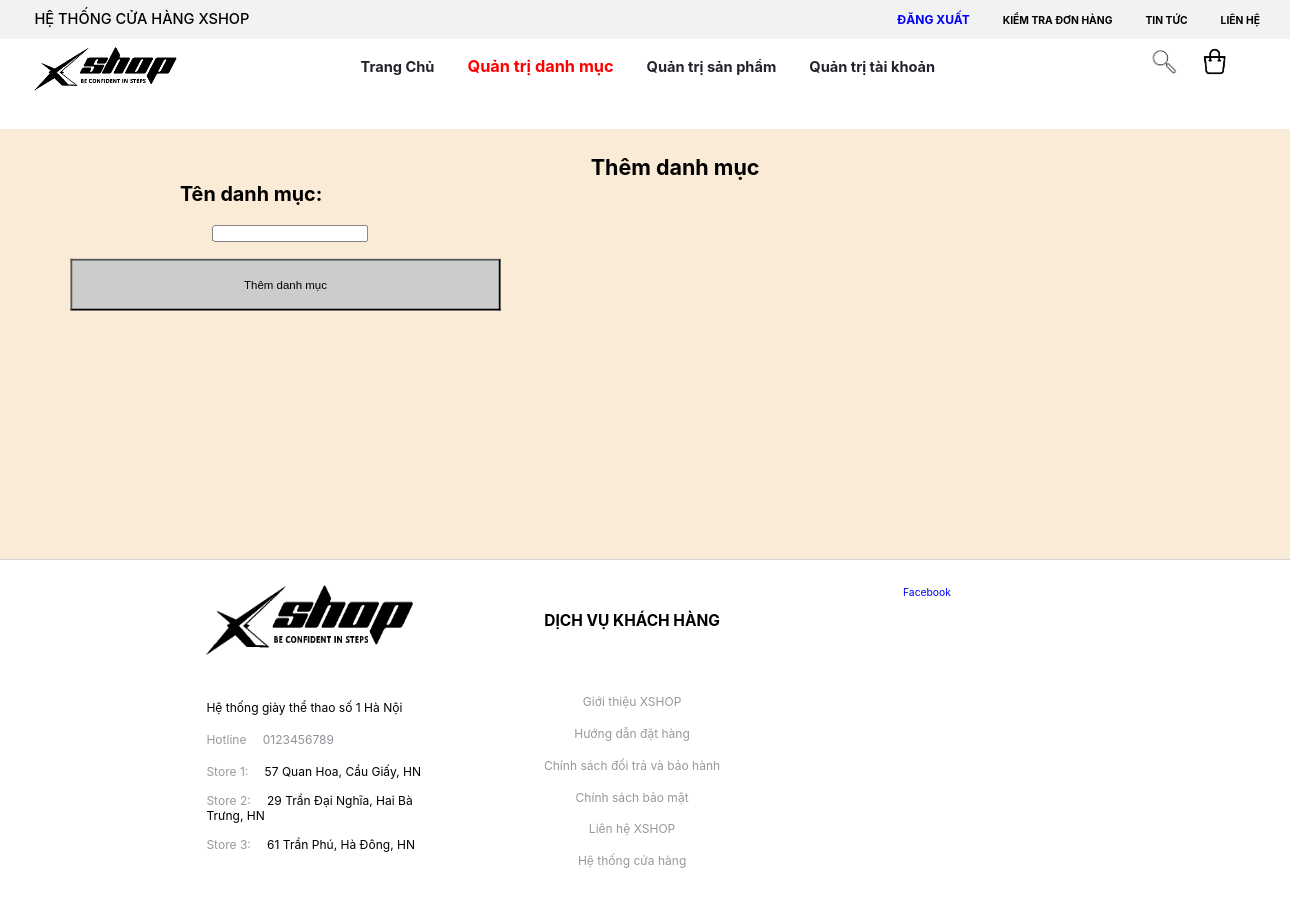
Repository: tienaq123/dam
Page: http://localhost/ass/ad/themdanhmuc.php
These files come from the project's save history. The page is drawn as it stood at one moment and after the next save; the edit follows.
The browser window is 1280 px wide. The page is 1500 px wide, so the pictures cover 1500 px, including what lies to the right of the window. The pictures show the whole page, at 86% of full size.
The page is run by PHP 8.4 with error messages shown; the project is at /var/www/html/.

Above is the page before, as saved 2021-10-14 06:05:46.

### ad/themdanhmuc.php
<!DOCTYPE html>
<html lang="en">

<head>
    <meta charset="UTF-8">
    <meta http-equiv="X-UA-Compatible" content="IE=edge">
    <meta name="viewport" content="width=device-width, initial-scale=1.0">
    <title>Document</title>
    <link rel="stylesheet" href="../css/themdm.css">
</head>

<body>


    <div id="wapper">

        <div id="topbar">
            <a href="#">
                <h2> HỆ THỐNG CỬA HÀNG XSHOP</h2>
            </a>
            <ul>
            <li><a class="active" style="color:blue; font-size: 14px;" href="../logout.php">ĐĂNG XUẤT</a></li>
                <li><a href="product.php">KIỂM TRA ĐƠN HÀNG</a></li>
                <li><a href="product.php">TIN TỨC</a></li>
                <li><a href="product.php">LIÊN HỆ</a></li>
            </ul>
        </div>
        <header id="header">
            <div id="logo">
                <a href="http://localhost/ass/"> <img src="../img/logo.png" alt="Logo"></a>
            </div>
            <div class="menu">
                <ul>
                    <li><a href="../home.php">Trang Chủ</a></li>
                    <li><a href="quantridanhmuc.php" style="color: red; font-size: 19px;">Quản trị danh mục</a></li>
                    <li><a href="quantrisanpham.php">Quản trị sản phẩm</a></li>
                    <li><a href="quantritaikhoan.php">Quản trị tài khoản</a></li>
                    <div id="nav">
                        <a href="product.php"> <img src="../img/search.png" alt=""></a>
                        <a href="product.php"><img src="../img/giohang.png" alt=""></a>
                    </div>
                </ul>

            </div>

        </header>

        <!-- END HEADER -->

        <main>
            <h2 style="font-size: 25px; padding-top: 30px; margin-left: 70px;">Thêm danh mục</h2>
            <form action="" method="POST">
                <table>
                    <tr>
                        <td>
                            <Span style="font-size: 23px; font-weight:bold;">Tên danh mục: </Span>
                        </td>
                    </tr>
                    <tr>
                        <td>
                        <input style="margin: 20px 0px 20px 90px; " type="text" name="tendanhmuc"> <br>
                <input style="background-color: #ccc; width: 500px; height: 60px; margin:0px 0px 20px 80px;" type="submit" value="Thêm danh mục" name="btn">
                        </td>
                    </tr>
                </table>
                 <!-- <input style="margin: 20px 0px 20px 10px; " type="text" name="tendanhmuc"> <br>
                <input style="background-color: #ccc; width: 160px; height: 30px; margin:0px 0px 20px 90px;" type="submit" value="Thêm danh mục" name="btn"> -->
            </form>
            <?php
            include '../db.php';
            if (isset($_POST['btn'])) {
                $tendanhmuc = $_POST['tendanhmuc'];
                $sql = "insert into danhmuc values(null, '$tendanhmuc')";
                $kq = $conn->exec($sql);
                if ($kq == 1)
                    // echo "Thêm thành công danh mục!";
                    header("location:quantridanhmuc.php");
                else
                    echo "Không thêm được";
            }
            ?>
        </main>

        <!-- END MAIN -->

        <footer id="footer">
            <div id="logo_footer">
                <a href="#"><img src="../img/logo.png" alt=""></a>
                <p>Hệ thống giày thể thao số 1 Hà Nội</p>
                <p class="hotline"><span>Hotline</span> <a href="#">0123456789</a></p>
                <p><span>Store 1:</span> 57 Quan Hoa, Cầu Giấy, HN <br> <br> <span>Store 2:</span> 29 Trần Đại Nghĩa,
                    Hai Bà Trưng, HN <br> <br><span>Store 3:</span> 61
                    Trần Phú, Hà Đông, HN <br> <br> </p>
            </div>
            <div id="dichvu">
                <h2>DỊCH VỤ KHÁCH HÀNG</h2>
                <p><a href="#">Giới thiệu XSHOP</a> <br> </p>
                <p><a href="#">Hướng dẫn đặt hàng</a> <br> </p>
                <p><a href="#">Chính sách đổi trả và bảo hành</a> <br> </p>
                <p><a href="#">Chính sách bảo mật</a> <br> </p>
                <p><a href="#">Liên hệ XSHOP</a> <br> </p>
                <p><a href="#">Hệ thống cửa hàng</a></p>
            </div>

            <div id="facebook">
                <div id="fb-root"></div>
                <script async defer crossorigin="anonymous" src="https://connect.facebook.net/vi_VN/sdk.js#xfbml=1&version=v10.0&appId=256623368880552&autoLogAppEvents=1" nonce="aj8H3wq8"></script>
                <div class="fb-page" data-href="https://www.facebook.com/facebook" data-tabs="timeline" data-width="250" data-height="300" data-small-header="false" data-adapt-container-width="true" data-hide-cover="false" data-show-facepile="true">
                    <blockquote cite="https://www.facebook.com/facebook" class="fb-xfbml-parse-ignore"><a href="https://www.facebook.com/facebook">Facebook</a></blockquote>
                </div>
            </div>
        </footer>
    </div>
</body>

</html>

### db.php
<?php
    try {
        $conn=new PDO("mysql:host=localhost; dbname=dam;charset=utf8", "root", "");
    } catch (PDOException $e) {
        echo "Lỗi kết nối";
    }

### css/themdm.css
* {
    margin: 0;
    padding: 0;
}

body {
    font-family: -apple-system, BlinkMacSystemFont, 'Segoe UI', Roboto, Oxygen, Ubuntu, Cantarell, 'Open Sans', 'Helvetica Neue', sans-serif;
    font-size: 12px;
}

a {
    text-decoration: none;
    color: blue;
    list-style: none;
}

/* a:hover{
color: white;
} */

img {
    border: 0px;
}

header,
nav,
section,
aside,
article,
footer,
figure {
    display: block;
}

/* code page */

#wapper {
    width: 1500px;
    margin: auto;
    ;
    overflow: hidden;
}

#topbar {
    width: 1500px;
    height: 45px;
    background-color: #f1f2f4;
    float: left;
}

#topbar h2 {
    font-size: 17px;
    font-weight: 500;
    line-height: 45px;
    margin-left: 40px;
    color: #000;
    float: left;
}

#topbar ul {
    float: right;
}

#topbar ul li {
    display: inline-block;
    line-height: 45px;
    margin-right: 35px;
}

#topbar ul li a {
    color: #000;
    font-weight: bolder;
}

#topbar ul li a:hover {
    color: #775454;
}

#topbar ul li .active {
    color: cornflowerblue;
    font-size: 14px;
}

#header {
    width: 100%;
    height: 100px;
    background-color: #ffffff;
    padding: 10px 0 40px 0;
}

#header #logo img {
    float: left;
    width: 165px;
    height: 50px;
    color: #000;
    margin: 10px 0 0 40px;
}

#header .menu ul {
    text-align: center;
    margin-right: 50px;
    line-height: 66px;
}

#header .menu ul li {
    display: inline-block;
    margin-right: 35px;
}

#header .menu ul li a {
    font-size: 17px;
    font-weight: bold;
    color: #23232c;
}

#header .menu ul li a:hover {
    color: red;
}

#nav {
    float: right;
    line-height: 80px;
}

#nav img {
    width: 35px;
    height: 35px;
    margin-right: 20px;
}

main {
    text-align: center;
    min-height: 500px;
    background: antiquewhite;
}



#footer {
    width: 1500px;
    border-top: 1px solid #ccc;
    display: grid;
    grid-template-columns: 1fr 1fr 1fr;
}

#footer #logo_footer {
    float: left;
}

#footer #logo_footer img {
    width: 240px;
    height: 80px;
    margin: 30px 0 30px 240px;
}

#footer #logo_footer a {
    color: #909097;
}

#footer #logo_footer span {
    color: #999999;
    margin-right: 15px;
}

#footer #logo_footer p {
    font-size: 14px;
    margin: 20px 0 20px 240px;
}

#footer #dichvu {
    text-align: center;
    margin: 60px 30px 40px 0;
}

#footer #dichvu h2 {
    margin-bottom: 75px;
}

#footer #dichvu p {
    margin-bottom: 20px;
}

#footer #dichvu p a {
    font-size: 14px;
    color: #999999;
}

#footer #facebook {
    margin: 30px 0 0 50px;
}

After the next save:
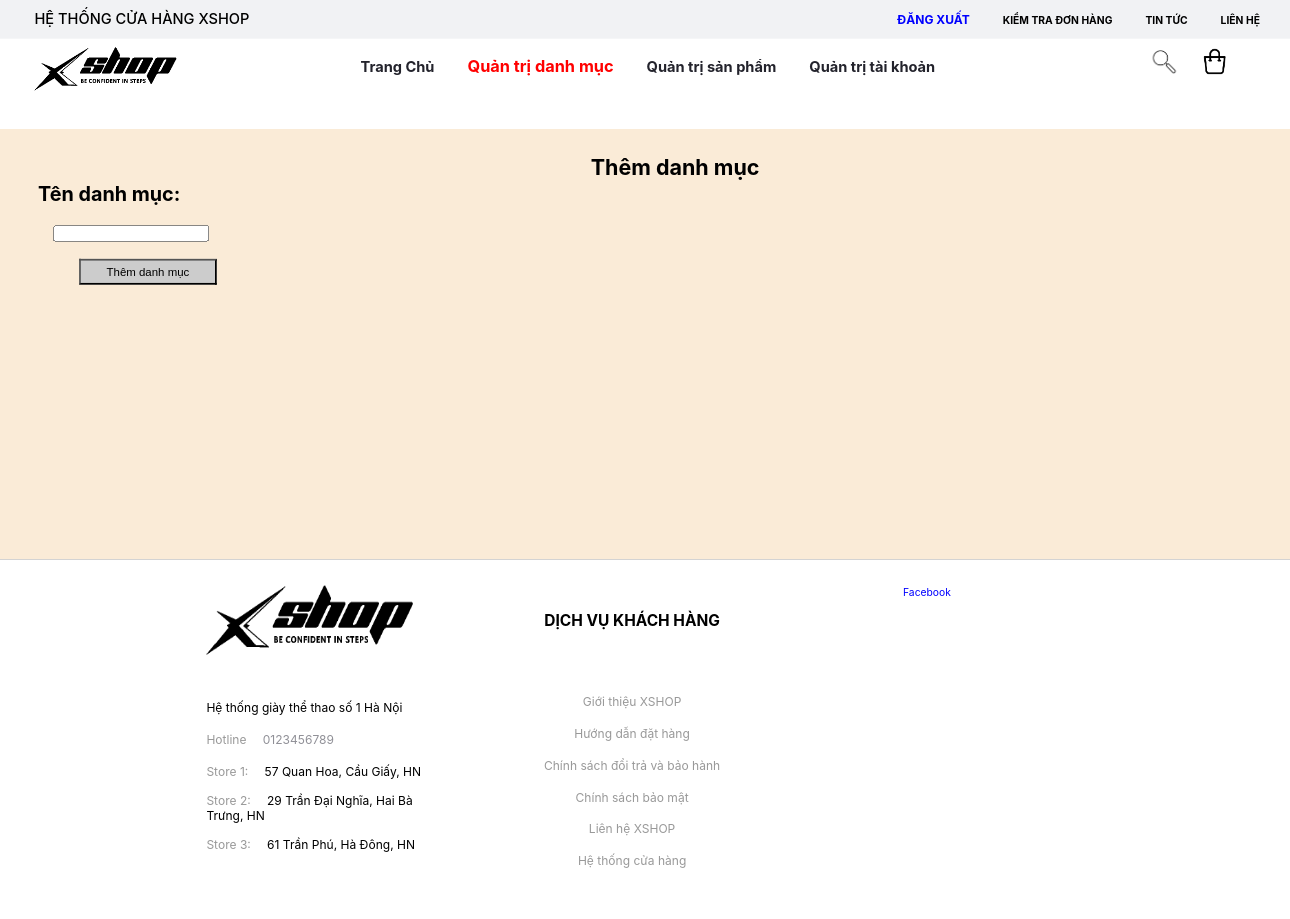
Saved 18 s later.
--- a/ad/themdanhmuc.php
+++ b/ad/themdanhmuc.php
@@ -58,8 +58,8 @@
                     </tr>
                     <tr>
                         <td>
-                        <input style="margin: 20px 0px 20px 90px; " type="text" name="tendanhmuc"> <br>
-                <input style="background-color: #ccc; width: 500px; height: 60px; margin:0px 0px 20px 80px;" type="submit" value="Thêm danh mục" name="btn">
+                        <input style="margin: 20px 0px 20px 50px; " type="text" name="tendanhmuc"> <br>
+                <input style="background-color: #ccc; width: 160px; height: 30px; margin:0px 0px 20px 90px;" type="submit" value="Thêm danh mục" name="btn">
                         </td>
                     </tr>
                 </table>
